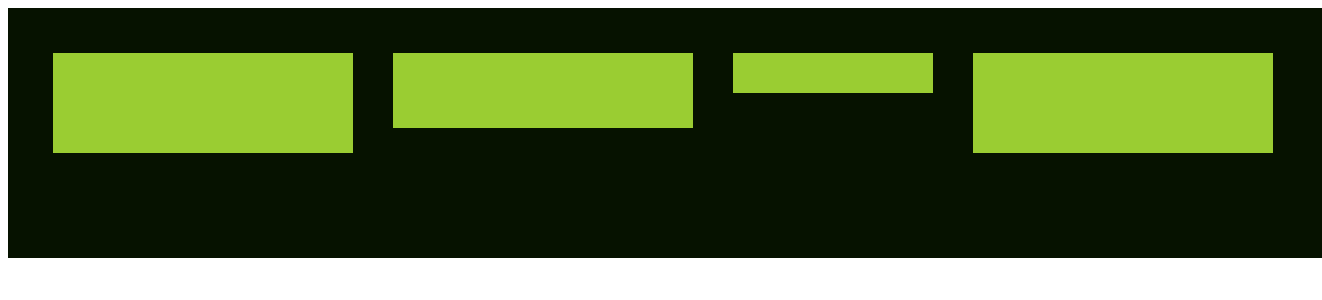
Repository: noahmah/DynamicContentDesign
Page: index.html
The author's editor kept a copy of each file at every save. The page is drawn from the files as they stood at one save, then again after the next save.
The browser window is 1280 px wide. The page is 1322 px wide, then 1280 px, so the pictures cover 1322 px, including what lies to the right of the window. The pictures show the whole page.

Above is the page before, as saved 2020-02-13 14:33:18.

### index.html
<!DOCTYPE html>
<html>
    <head>
        <title>Lab 5</title>
        <link rel="stylesheet" href="style.css">
        <link rel="stylesheet" href="footer.css">
    </head>

    <body>
        <header>

        </header>
        <!-- footer -->
        <footer>
            <div class="footerObject Object1"></div>
            <div class="footerObject Object2"></div>
            <div class="footerObject Object3"></div>
            <div class="footerObject Object4"></div>
        </footer>
        <!-- footer end -->
    </body>
</html>

### footer.css
footer {
    width: 100%;
    height: 200px;
    display: flex;
    background-color: #061200;
    padding: 25px;
}

.footerObject{
    background-color: yellowgreen;
    margin: 20px;
}

.Object1 {
    width: 300px;
    height: 100px;
}

.Object2 {
    width: 300px;
    height: 75px;
}

.Object3 {
    width: 200px;
    height: 40px;
}

.Object4 {
    width: 300px;
    height: 100px;
}

Loaded but not shown: style.css (no stored copy; drawn as an empty file)

After the next save:
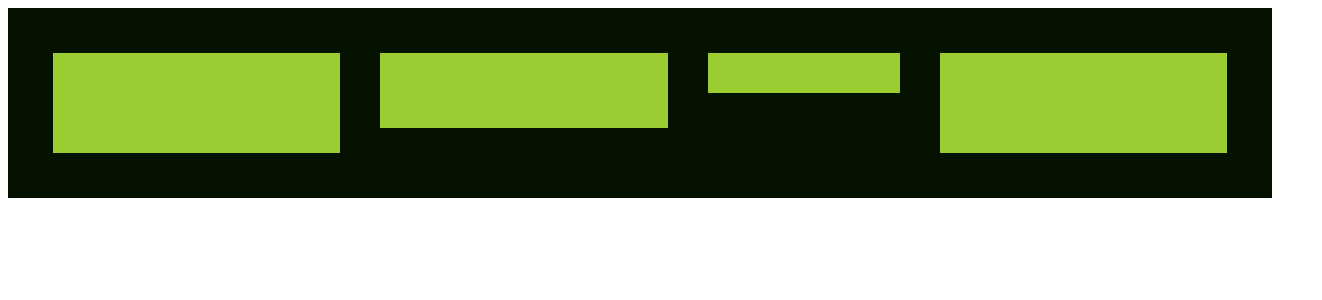
Saved 24 s later.
--- a/footer.css
+++ b/footer.css
@@ -1,6 +1,5 @@
 footer {
-    width: 100%;
-    height: 200px;
+    flex-grow: 1;
     display: flex;
     background-color: #061200;
     padding: 25px;
